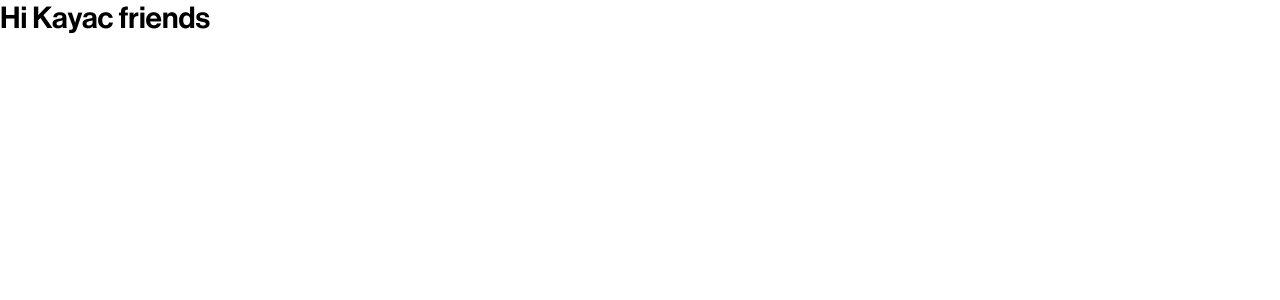
Repository: kentnathaniel/kayac-presentation
Page: /
An editor plug-in stored every save of this project. The page is shown before and after the next save, followed by the edit.
The browser window is 1280 px wide. The pictures show the whole page.
The project was rebuilt for these pictures with package versions that can differ from the ones it lists, and the page was loaded fresh each time. Also part of the build but not shown: vite.config.ts.

Above is the page before, as saved 2024-09-14 08:56:12.

### src/App.tsx
function App() {
  return (
    <div>
      <h1 className="text-3xl">Hi Kayac friends</h1>
    </div>
  );
}

export default App;

### src/index.css
@tailwind base;
@tailwind components;
@tailwind utilities;

/* Thin */
@font-face {
  font-family: "Neue-Haas-Grotesk";
  src: url("./assets/fonts/NeueHaasDisplayRoman.ttf") format("truetype");
  font-weight: 300;
  font-style: normal;
}

@font-face {
  font-family: "Neue-Haas-Grotesk";
  src: url("./assets/fonts/NeueHaasDisplayRomanItalic.ttf") format("truetype");
  font-weight: 300;
  font-style: italic;
}

/* Mediums */
@font-face {
  font-family: "Neue-Haas-Grotesk";
  src: url("./assets/fonts/NeueHaasDisplayMedium.ttf") format("truetype");
  font-weight: 400;
  font-style: normal;
}

@font-face {
  font-family: "Neue-Haas-Grotesk";
  src: url("./assets/fonts/NeueHaasDisplayMediumItalic.ttf") format("truetype");
  font-weight: 400;
  font-style: italic;
}

/* Bolds */
@font-face {
  font-family: "Neue-Haas-Grotesk";
  src: url("./assets/fonts/NeueHaasDisplayBold.ttf") format("truetype");
  font-weight: 700;
  font-style: normal;
}

@font-face {
  font-family: "Neue-Haas-Grotesk";
  src: url("./assets/fonts/NeueHaasDisplayBoldItalic.ttf") format("truetype");
  font-weight: 700;
  font-style: italic;
}

body {
  font-family: "Neue-Haas-Grotesk", Arial, Helvetica, sans-serif;
}

### tailwind.config.ts
/** @type {import('tailwindcss').Config} */
export default {
  content: ["./index.html", "./src/**/*.{js,ts,jsx,tsx}"],
  theme: {
    extend: {
      fontFamily: {
        custom: ["Neue-Haas-Grotesk"],
      },
    },
  },
  plugins: [],
};

Loaded but not shown: index.html (common file); src/main.tsx (common file)

After the next save:
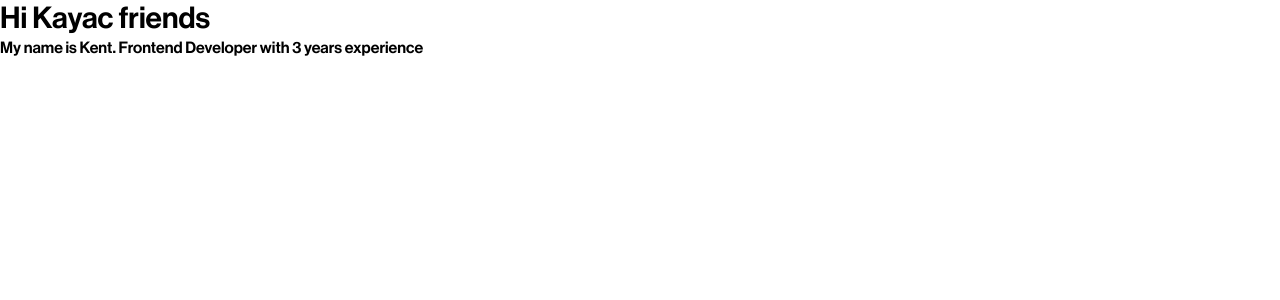
Saved 16 s later.
--- a/src/App.tsx
+++ b/src/App.tsx
@@ -2,6 +2,7 @@
   return (
     <div>
       <h1 className="text-3xl">Hi Kayac friends</h1>
+      <p>My name is Kent. Frontend Developer with 3 years experience</p>
     </div>
   );
 }
